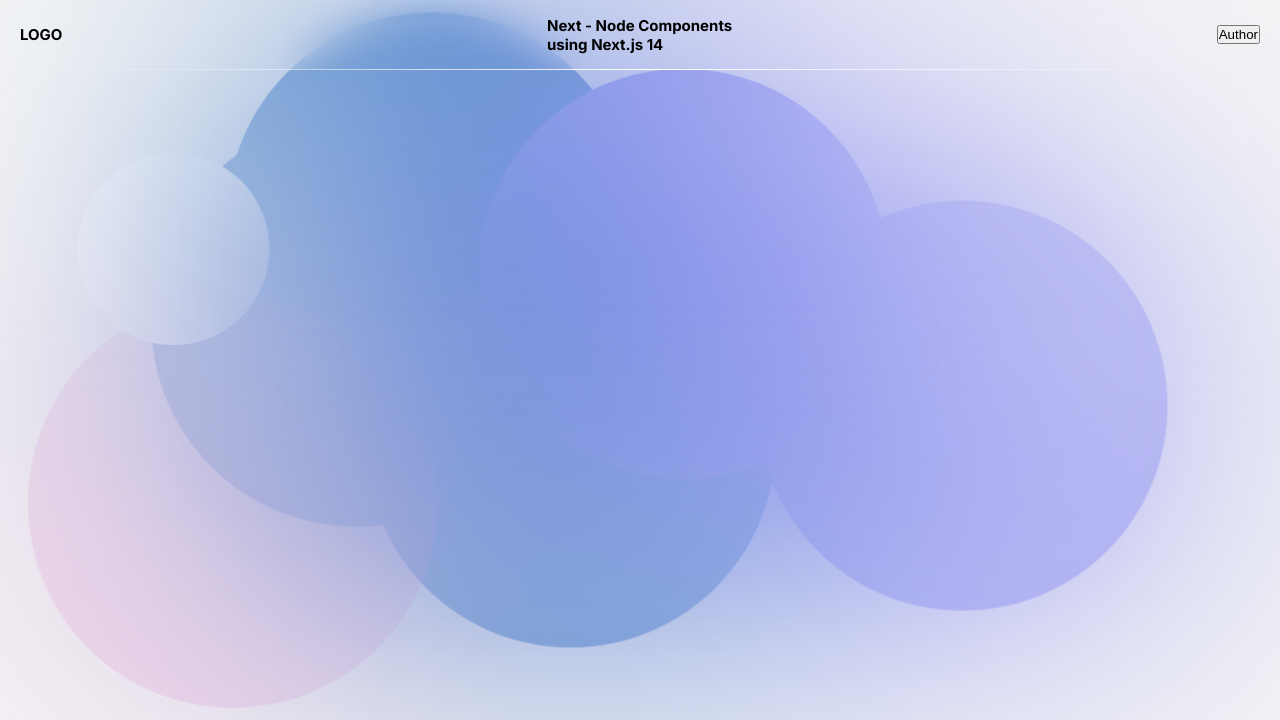
Repository: keval-gohil/komponents
Page: /
These files come from the project's save history. The page is drawn as it stood at one moment and after the next save; the edit follows.
The browser window is 1280 px wide. The pictures show the whole page.
The project was rebuilt for these pictures with package versions that can differ from the ones it lists, and the page was loaded fresh each time. The framework's server and built-in components were replaced by stand-ins that run in the browser. Also part of the build but not shown: next.config.mjs.

Above is the page before, as saved 2024-03-07 11:41:26.

### app/layout.js
import { Inter } from "next/font/google";
import "./globals.css";

const inter = Inter({ subsets: ["latin"] });

export const metadata = {
  title: "Komponents | Next-Node",
  description: "Generated by create next app",
};

export default function RootLayout({ children }) {
  return (
    <html lang="en" suppressHydrationWarning={true}>
      <body className={inter.className}>{children}</body>
    </html>
  );
}

### app/page.js
import Background from '@/components/reuse/background'
import Header from '@/components/reuse/header'
import React from 'react'

const page = () => {
  return (
    <>
      <Background />
      <Header />
    </>
  )
}

export default page

### app/globals.css

*,
*:before,
*:after {
	padding: 0;
	margin: 0;
	box-sizing: border-box;
	-webkit-tap-highlight-color: transparent;
}

html {
	scroll-behavior: smooth;
	font-size: 10px;
}

body {
	width: 100%;
	height: 100%;
	overflow-x: hidden;
	background-color: whitesmoke;
}

.bouncing-blob {
	width: 32vw;
	aspect-ratio: 1;
	border-radius: 50%;
	will-change: transform;
	position: absolute;
	z-index: 1;
	top: 0;
	left: 0;
	transform-origin: left top;
  }

  .bouncing-blob--blue {
	background: #4783c7;
  }

  .bouncing-blob--white {
	background: #ffffff;
	z-index: 2;
	width: 15vw;
  }

  .bouncing-blob--purple {
	background: #8c8ff1;
  }

  .bouncing-blob--pink {
	background: #e289cd50;
  }

  .bouncing-blobs-container {
	position: fixed;
	z-index: -1;
	top: 0;
	left: 0;
	width: 100%;
	height: 100%;
  }

  .bouncing-blobs-glass {
	position: absolute;
	z-index: 2;
	top: 0;
	left: 0;
	width: 100%;
	height: 100%;
	backdrop-filter: blur(140px);
	-webkit-backdrop-filter: blur(140px);
	pointer-events: none;
  }

  .bouncing-blobs {
	position: absolute;
	z-index: 1;
	top: 0;
	left: 0;
	width: 100%;
	height: 100%;
  }

  .main-content {
	display: flex;
	flex-direction: column;
	justify-content: center;
	align-items: center;
	width: 100%;
  }




  @media (max-width: 1200px) {
	.bouncing-blobs-glass {
	  backdrop-filter: blur(120px);
	  -webkit-backdrop-filter: blur(120px);
	}
  }

  @media (max-width: 500px) {
	.bouncing-blob {
	  width: 60vw;
	}
	.bouncing-blob--white {
	  width: 30vw;
	}
	.bouncing-blobs-glass {
	  backdrop-filter: blur(90px);
	  -webkit-backdrop-filter: blur(90px);
	}

  }

### components/reuse/background.js
'use client'
import React, { useEffect } from 'react';

const MIN_SPEED = 1.5;
const MAX_SPEED = 2.5;

function randomNumber(min, max) {
  return Math.random() * (max - min) + min;
}

class Blob {
  constructor(el) {
    this.el = el;
    const boundingRect = this.el.getBoundingClientRect();
    this.size = boundingRect.width;
    this.initialX = randomNumber(0, window.innerWidth - this.size);
    this.initialY = randomNumber(0, window.innerHeight - this.size);
    this.el.style.top = `${this.initialY}px`;
    this.el.style.left = `${this.initialX}px`;
    this.vx =
      randomNumber(MIN_SPEED, MAX_SPEED) * (Math.random() > 0.5 ? 1 : -1);
    this.vy =
      randomNumber(MIN_SPEED, MAX_SPEED) * (Math.random() > 0.5 ? 1 : -1);
    this.x = this.initialX;
    this.y = this.initialY;
  }

  update() {
    this.x += this.vx;
    this.y += this.vy;
    if (this.x >= window.innerWidth - this.size) {
      this.x = window.innerWidth - this.size;
      this.vx *= -1;
    }
    if (this.y >= window.innerHeight - this.size) {
      this.y = window.innerHeight - this.size;
      this.vy *= -1;
    }
    if (this.x <= 0) {
      this.x = 0;
      this.vx *= -1;
    }
    if (this.y <= 0) {
      this.y = 0;
      this.vy *= -1;
    }
  }

  move() {
    this.el.style.transform = `translate(${this.x - this.initialX}px, ${
      this.y - this.initialY
    }px)`;
  }
}

function Background() {
  useEffect(() => {
    const blobEls = document.querySelectorAll('.bouncing-blob');
    const blobs = Array.from(blobEls).map((blobEl) => new Blob(blobEl));

    function update() {
      requestAnimationFrame(update);
      blobs.forEach((blob) => {
        blob.update();
        blob.move();
      });
    }

    requestAnimationFrame(update);

    return () => cancelAnimationFrame(update);
  }, []);

  return (
    <div className="bouncing-blobs-container">
      <div className="bouncing-blobs-glass"></div>
      <div className="bouncing-blobs">
        <div className="bouncing-blob bouncing-blob--blue"></div>
        <div className="bouncing-blob bouncing-blob--blue"></div>
        <div className="bouncing-blob bouncing-blob--blue"></div>
        <div className="bouncing-blob bouncing-blob--white"></div>
        <div className="bouncing-blob bouncing-blob--purple"></div>
        <div className="bouncing-blob bouncing-blob--purple"></div>
        <div className="bouncing-blob bouncing-blob--pink"></div>
      </div>
    </div>
  );
}

export default Background;

### components/reuse/header.js
import React from 'react'
import Style from '@/components/reuse/styles/style.css'

const Header = () => {
  return (
    <>
        <nav>
            <h1>LOGO</h1>
            <h2>
                Next - Node Components
                <br />
                <span>using Next.js 14</span>
            </h2>
            <button>Author</button>
        </nav>
    </>
  )
}

export default Header

### components/reuse/styles/style.css
nav {
    display: flex;
    justify-content: space-between;
    align-items: center;
    background: transparent;
    backdrop-filter: blur(20px);
    height: 7rem;
    border-bottom: 0.15rem solid transparent;
    border-image: linear-gradient(0.25turn, rgba(56,2,155,0), #fff, rgba(56,2,155,0));
    border-image-slice: 1;
    padding: 0 2rem;
}

After the next save:
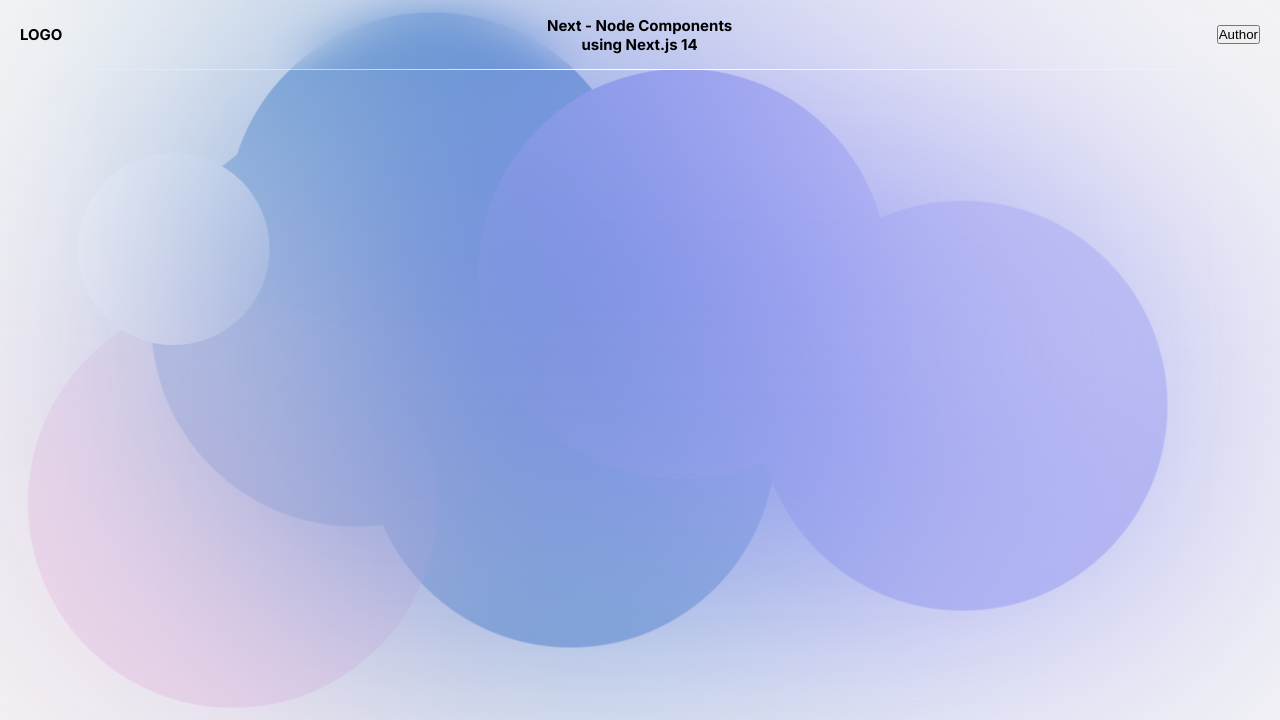
Saved 58 s later.
--- a/components/reuse/styles/style.css
+++ b/components/reuse/styles/style.css
@@ -10,3 +10,7 @@
     border-image-slice: 1;
     padding: 0 2rem;
 }
+
+nav h2{
+    text-align: center;
+}
